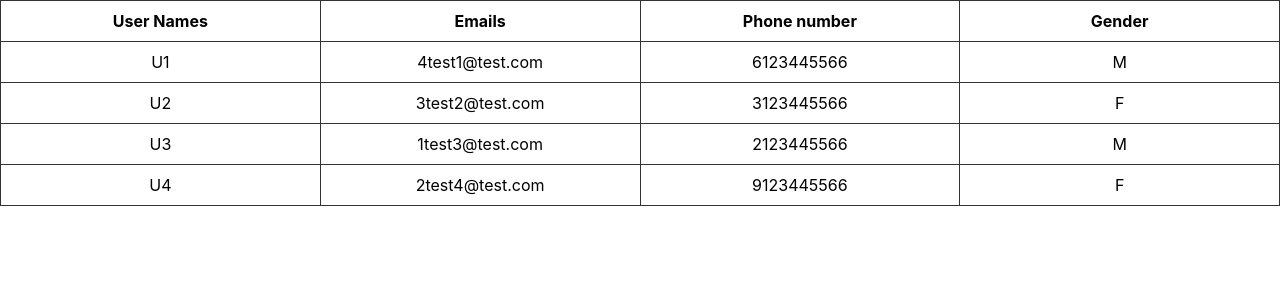
Repository: mayank-tavisca/dynamic-grids
Page: /
These files come from the project's save history. The page is drawn as it stood at one moment and after the next save; the edit follows.
The browser window is 1280 px wide. The pictures show the whole page.
The project was rebuilt for these pictures with package versions that can differ from the ones it lists, and the page was loaded fresh each time.

Above is the page before, as saved 2020-02-04 13:29:15.

After the next save:
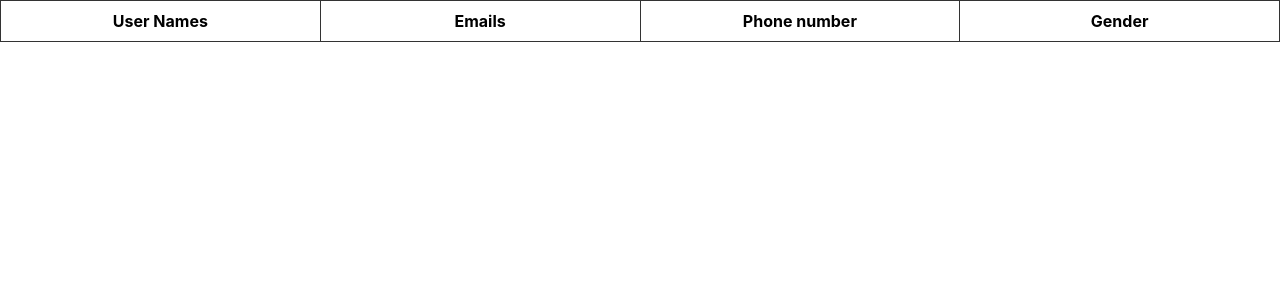
Saved 17 s later.
--- a/src/dynamic-grid/dynamicGrid.tsx
+++ b/src/dynamic-grid/dynamicGrid.tsx
@@ -68,7 +68,7 @@ const DynamicGrid: React.FC<IProps> = ({ data }) => {
           : SortOrder.DESCENDING;
       setSortOrder(defaultOrder);
       setCurrentSortCriteria(data.sorting.sortBy);
-      // sortTable(currentSortCriteria);
+      sortTable(currentSortCriteria);
     }
   };
 

After the 2 saves that followed:
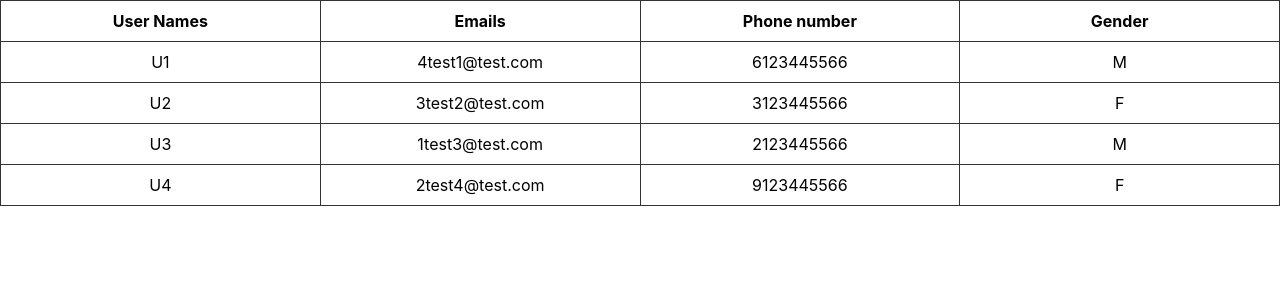
The 2 saves are shown as one change because 1 left the picture as it was.
The last was saved 40 s later.
--- a/src/dynamic-grid/dynamicGrid.tsx
+++ b/src/dynamic-grid/dynamicGrid.tsx
@@ -128,18 +128,20 @@ const DynamicGrid: React.FC<IProps> = ({ data }) => {
   };
 
   const sortTable = (sortCriteria: string) => {
-    let temp = tableData.map(e => Object.assign({}, e));
+    if (tableData && tableData.length) {
+      let temp = tableData.map(e => Object.assign({}, e));
 
-    evaluateSortOrder(sortCriteria);
+      evaluateSortOrder(sortCriteria);
 
-    if (sortOrder === SortOrder.DESCENDING) {
-      temp = sortDataByDescending(temp, sortCriteria);
-    } else {
-      temp = sortDataByAscending(temp, sortCriteria);
+      if (sortOrder === SortOrder.DESCENDING) {
+        temp = sortDataByDescending(temp, sortCriteria);
+      } else {
+        temp = sortDataByAscending(temp, sortCriteria);
+      }
+
+      setCurrentSortCriteria(sortCriteria);
+      setTableData(temp);
     }
-
-    setCurrentSortCriteria(sortCriteria);
-    setTableData(temp);
   };
 
   return (
